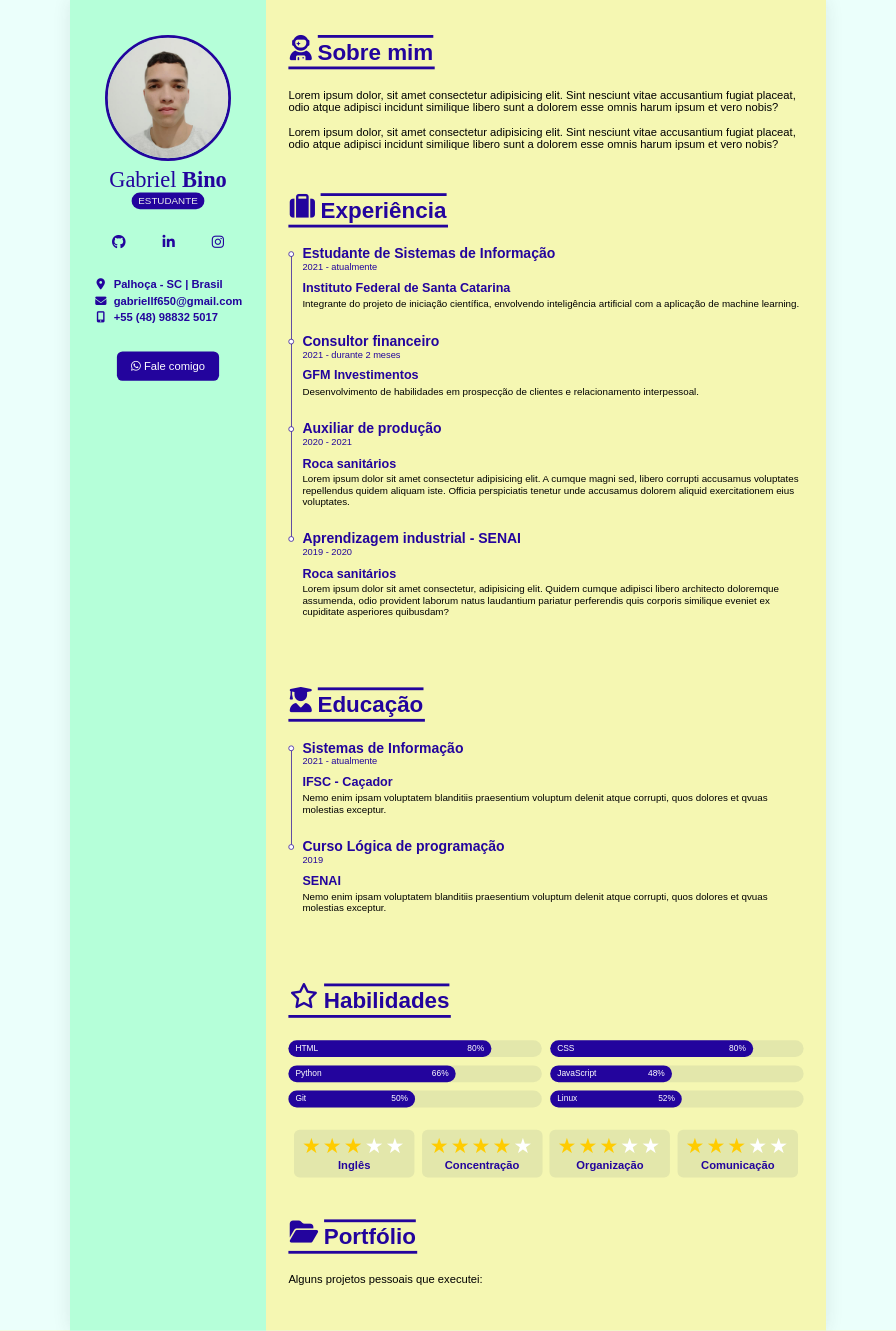
Repository: gabrielbino/projects-dio
Page: curriculoResponsivo/index.html
These files come from the project's save history. The page is drawn as it stood at one moment and after the next save; the edit follows.
The browser window is 1280 px wide. The pictures show the whole page, at 70% of full size.
Some web libraries are served in a nearby version.

Above is the page before, as saved 2021-10-19 11:42:35.

After the next save:
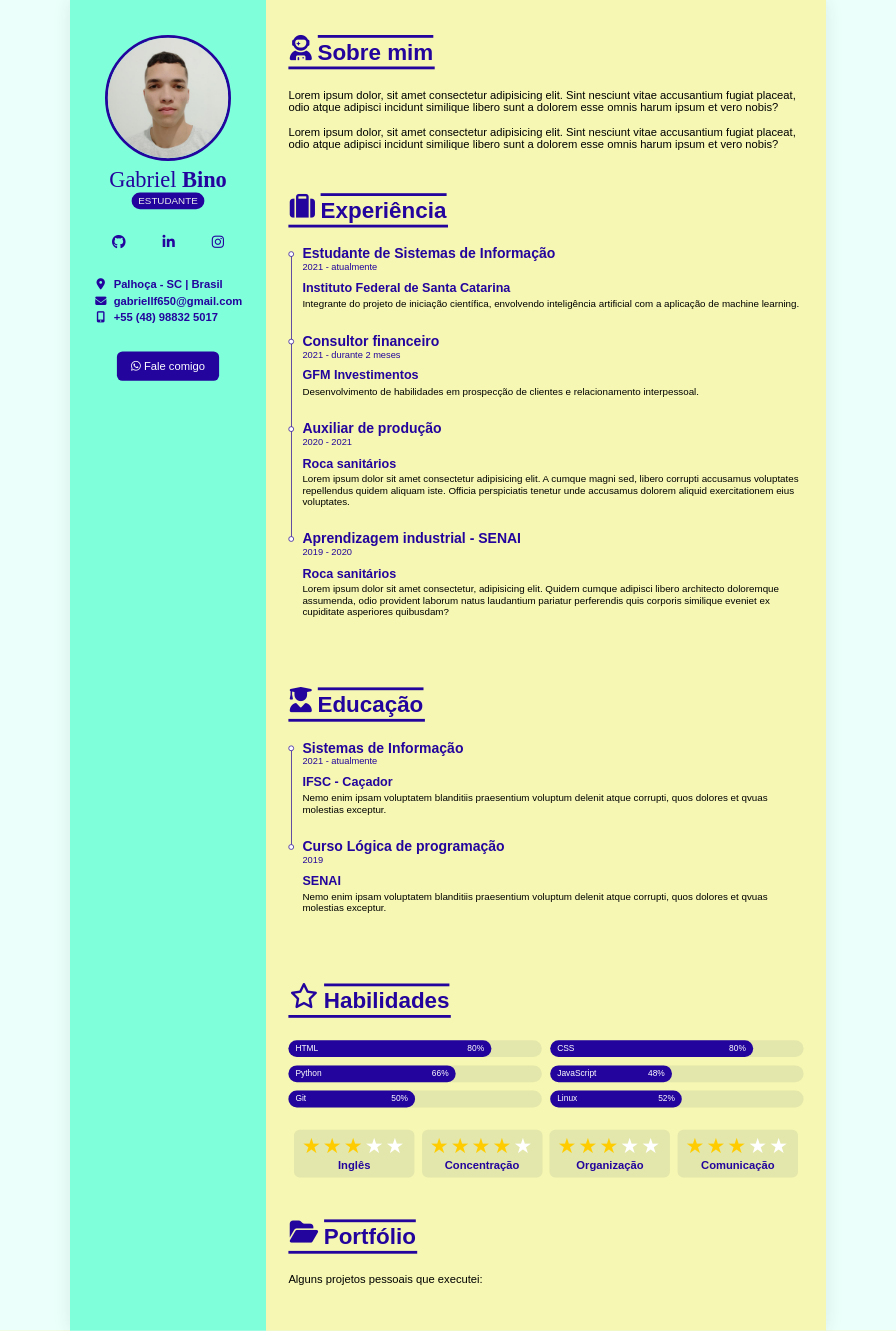
Saved 110 s later.
--- a/curriculoResponsivo/css/style.css
+++ b/curriculoResponsivo/css/style.css
@@ -25,7 +25,7 @@ main {
 }
 
 aside {
-  background-color: #b5ffd9;
+  background-color: #80ffdb;
   padding: 50px 0 16px;
   width: 280px;
 }
